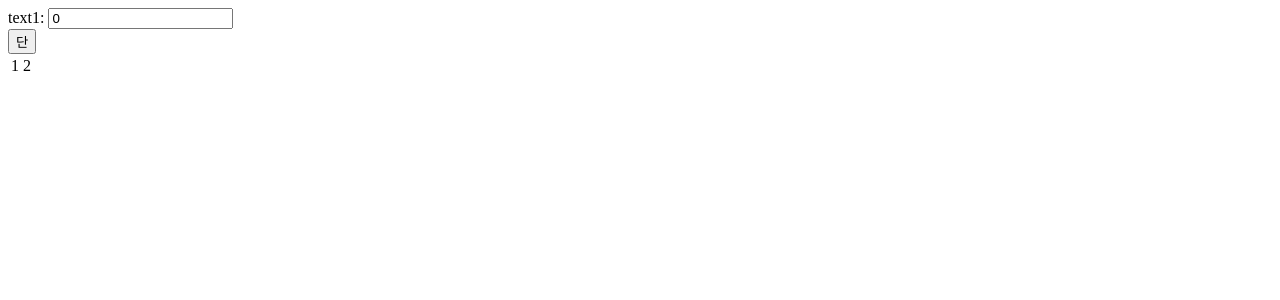
Repository: 5anniversary/JSPhw
Page: http://localhost/lecture1/test/mid1.jsp
The author's editor kept a copy of each file at every save. The page is drawn from the files as they stood at one save, then again after the next save.
The browser window is 1280 px wide. The pictures show the whole page.
The page is served by Tomcat 9.

Above is the page before, as saved 2020-05-04 03:07:18.

After the next save:
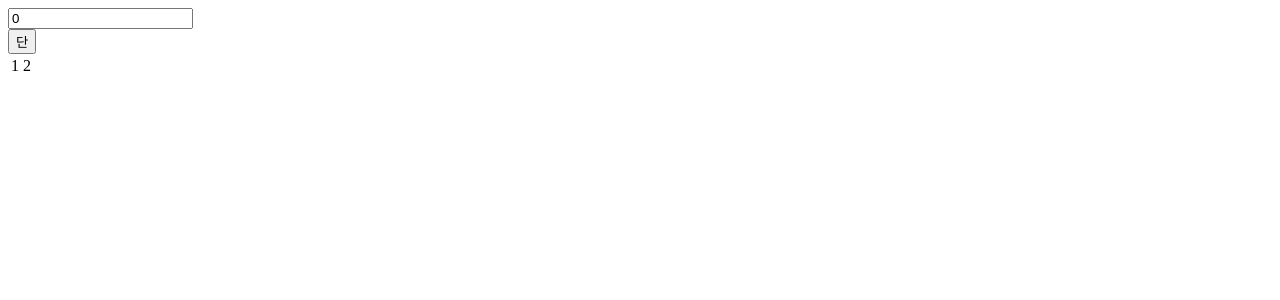
Saved 14 s later.
--- a/lecture1/WebContent/test/mid1.jsp
+++ b/lecture1/WebContent/test/mid1.jsp
@@ -10,7 +10,7 @@
 	<div class="container">
 		<form action="text1action.jsp" method="post">
 			<div>
-				<label>text1:</label> <input type="text" name="param1"
+				<input type="text" name="param1"
 					value="0" />
 			</div>
 			<button type="submit" name="cmd" value="ok">단</button>
